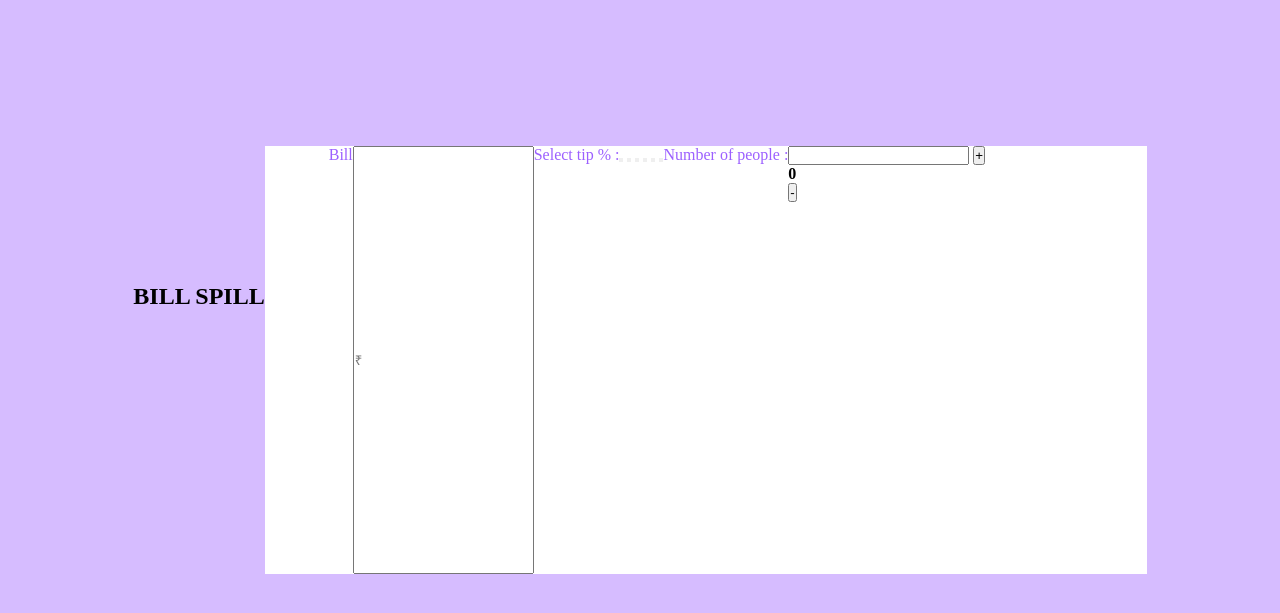
Repository: drumsmanku/micro-project-3
Page: index.html
The author's editor kept a copy of each file at every save. The page is drawn from the files as they stood at one save, then again after the next save.
The browser window is 1280 px wide. The pictures show the whole page.

Above is the page before, as saved 2023-04-17 13:59:59.

### index.html
<!DOCTYPE html>
<html lang="en">
<head>
  <meta charset="UTF-8">
  <meta http-equiv="X-UA-Compatible" content="IE=edge">
  <meta name="viewport" content="width=device-width, initial-scale=1.0">
  <link rel="stylesheet" href="styles.css">
  <title>Bill Spill</title>
</head>
<body>
  <main>
    <h2>BILL SPILL</h2>
    <div class="entire-container">
      <div class="left-inside-container">
          <label for="amount">Bill</label>
          <input type="number" name="total" id="total-bill" placeholder="₹" >

          <label for="tip">Select tip % :</label>
          <div class="button-containers">
            <button class="bt-1"></button>
            <button class="bt-2"></button>
            <button class="bt-3"></button>
            <button class="bt-4"></button>
            <button class="bt-5"></button>
            <button class="bt-6"></button>
          </div>

          <label for="people">Number of people : </label>
          <div class="people-container">
            <input type="number" name="people" id="people-number">
            <button id="add-people">+</button>
            <h4 class="center-text">0</h4>
            <button id="sub-people">-</button>
          </div>
      </div>


      <div class="right-inside-container"></div>
    </div>
  </main>
</body>
</html>

### styles.css
@import url('https://fonts.googleapis.com/css2?family=DM+Sans&display=swap');
/* font-family: 'DM Sans', sans-serif; */
*{
  padding: 0;
  margin: 0;
}

main{
  width: 100%;
  height: 100vh;
  display: flex;
  justify-content: center;
  align-items: center;
  background-color:  #D6BCFF;
}

main>h2{
  position: relative;
  top: -4rem;
}

.entire-container{
  width: 818px;
  height: 428px;
  background-color: white;

  display: flex;
  padding-left: 4rem;
  flex-direction: row;

}

.left-inside-container{
  display: flex;
}

label{
  color: #9C60FF;
}

After the next save:
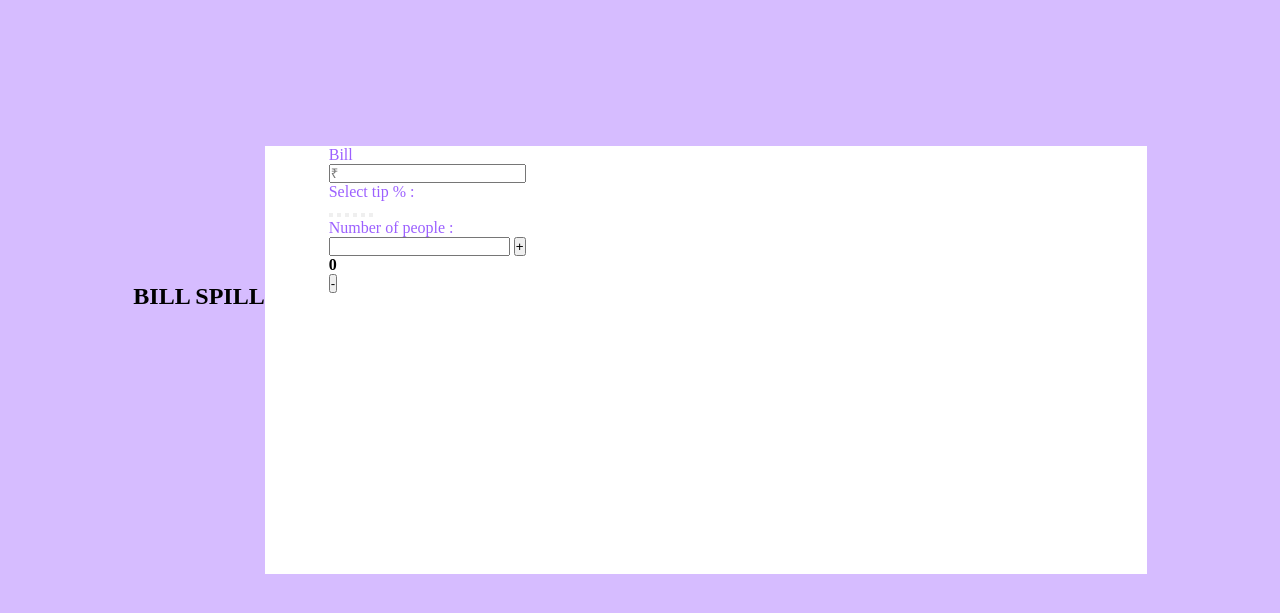
Saved 10 s later.
--- a/styles.css
+++ b/styles.css
@@ -32,6 +32,8 @@ main>h2{
 
 .left-inside-container{
   display: flex;
+  flex-wrap: wrap;
+  flex-direction: column;
 }
 
 label{
